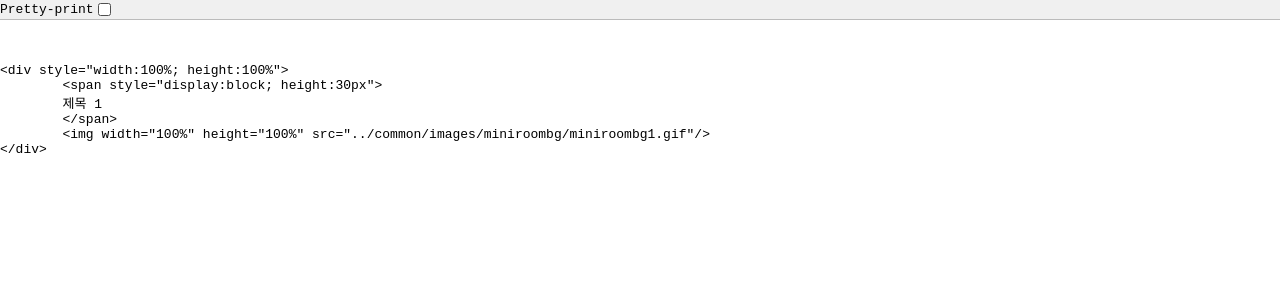
Repository: cartoon1110/KosaSwCourse
Page: http://localhost/HtmlProgramming/ajax/ajax07_xml.jsp
The author's editor kept a copy of each file at every save. The page is drawn from the files as they stood at one save, then again after the next save.
The browser window is 1280 px wide. The pictures show the whole page.
The page is served by Tomcat 9.

Above is the page before, as saved 2015-09-01 00:48:36.

After the next save:
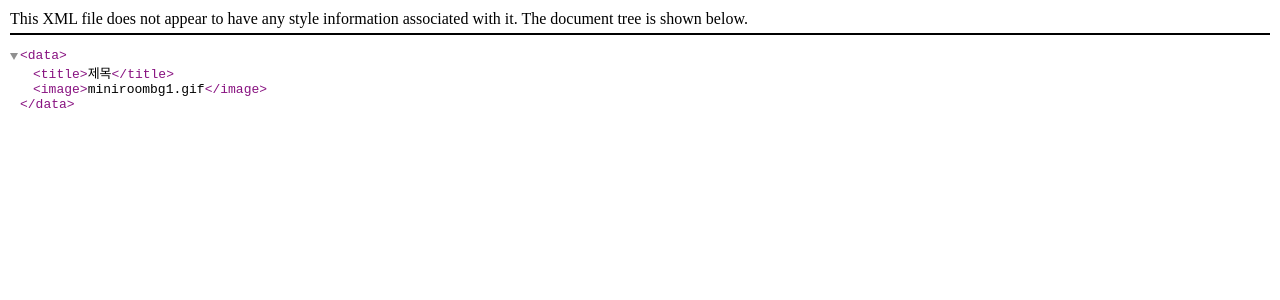
Saved 37 s later.
--- a/workspace-web/HtmlProgramming/WebContent/ajax/ajax07_xml.jsp
+++ b/workspace-web/HtmlProgramming/WebContent/ajax/ajax07_xml.jsp
@@ -1,8 +1,6 @@
-<%@ page contentType="application/json; charset=UTF-8"%>
+<%@ page contentType="text/xml; charset=UTF-8"%>
 
-<div style="width:100%; height:100%">
-	<span style="display:block; height:30px">
-	제목 1
-	</span>
-	<img width="100%" height="100%" src="../common/images/miniroombg/miniroombg1.gif"/>
-</div>
+<data>
+	<title>제목</title>
+	<image>miniroombg1.gif</image>
+</data>
